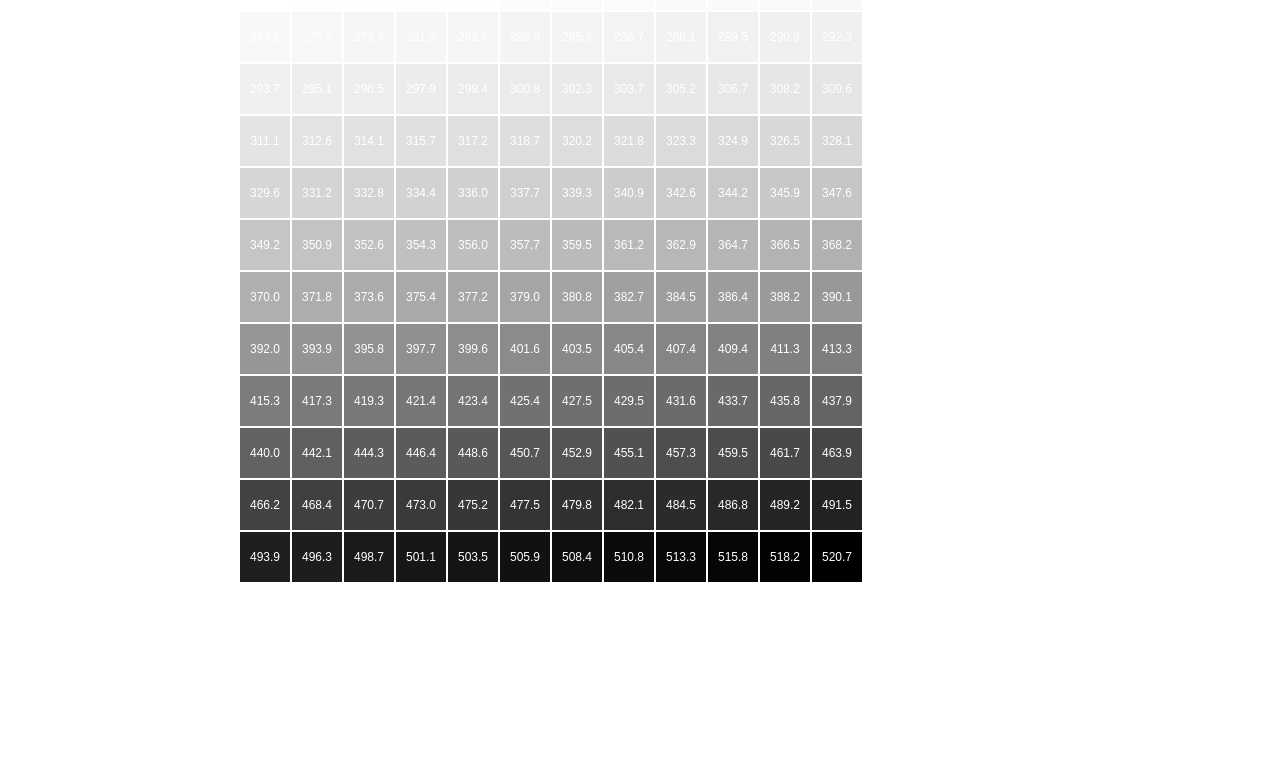
Repository: studiorichie/richielau.com
Page: assets/sound-to-color-microtone.html
An editor plug-in stored every save of this project. The page is shown before and after the next save, followed by the edit.
The browser window is 1280 px wide. The pictures show the whole page.

Above is the page before, as saved 2024-11-06 22:03:31.

### assets/sound-to-color-microtone.html
<!DOCTYPE html>
<html lang="en">

<head>
    <meta charset="UTF-8">
    <title>Microtonal 12x12 Frequency Grid</title>
    <script src="https://d3js.org/d3.v6.min.js"></script>
    <style>
        body,
        html {
            margin: 0;
            padding: 0;
            display: flex;
            justify-content: center;
            align-items: center;
            height: 100vh;
            font-family: Arial, sans-serif;
        }

        .frequency-cell {
            cursor: pointer;
            transition: filter 0.2s;
        }

        .frequency-cell:hover {
            filter: brightness(1.2);
        }

        .label {
            font-size: 10px;
            text-anchor: middle;
            fill: white;
            font-size: 12px;
            text-anchor: middle;
            user-select: none;
            /* Prevents text selection */
            pointer-events: none;
            /* Makes labels non-interactive to clicks */
        }
    </style>
</head>

<body>
    <svg width="800" height="800" id="grid"></svg>

    <script>
        // Base frequency for C4
        const baseFreq = 261.63; // Frequency of C4 in Hz
        const stepsPerOctave = 144; // Microtonal steps per octave
        const factor = Math.pow(2, 1 / stepsPerOctave); // Factor for each step

        // Grid dimensions
        const rows = 12;
        const cols = 12;
        const cellSize = 50; // Size of each cell
        const padding = 2; // Space between cells

        // Create an array to hold all frequencies
        const frequencies = [];
        for (let i = 0; i < rows * cols; i++) {
            const frequency = baseFreq * Math.pow(factor, i); // Calculate frequency
            frequencies.push(frequency);
        }

        // Define color scale based on frequency range
        const colorScale = d3.scaleSequential()
            .domain([frequencies[0], frequencies[frequencies.length - 1]])
            .interpolator(d3.interpolateGreys); // Use a grayscale color map for brightness

        // Create SVG grid
        const svg = d3.select("#grid");

        // Add cells to the grid
        svg.selectAll(".frequency-cell")
            .data(frequencies)
            .enter()
            .append("rect")
            .attr("class", "frequency-cell")
            .attr("x", (d, i) => (i % cols) * (cellSize + padding))
            .attr("y", (d, i) => Math.floor(i / cols) * (cellSize + padding))
            .attr("width", cellSize)
            .attr("height", cellSize)
            .attr("fill", d => colorScale(d))
            .on("click", function (event, freq) {
                playTone(freq); // Play the tone on click
            });

        // Add frequency labels to each cell
        svg.selectAll(".label")
            .data(frequencies)
            .enter()
            .append("text")
            .attr("class", "label")
            .attr("x", (d, i) => (i % cols) * (cellSize + padding) + cellSize / 2)
            .attr("y", (d, i) => Math.floor(i / cols) * (cellSize + padding) + cellSize / 2 + 4)
            .text(d => d.toFixed(1)) // Round frequency for readability
            .attr("fill", d => d > 400 ? "black" : "white"); // Adjust text color based on brightness

        // Function to play the tone for a given frequency
        function playTone(frequency) {
            const context = new (window.AudioContext || window.webkitAudioContext)();
            const oscillator = context.createOscillator();
            const gainNode = context.createGain();

            oscillator.type = "sine";
            oscillator.frequency.setValueAtTime(frequency, context.currentTime);
            gainNode.gain.setValueAtTime(0.1, context.currentTime);

            oscillator.connect(gainNode).connect(context.destination);
            oscillator.start();
            oscillator.stop(context.currentTime + 0.5); // Play for half a second
        }
    </script>
</body>

</html>

After the next save:
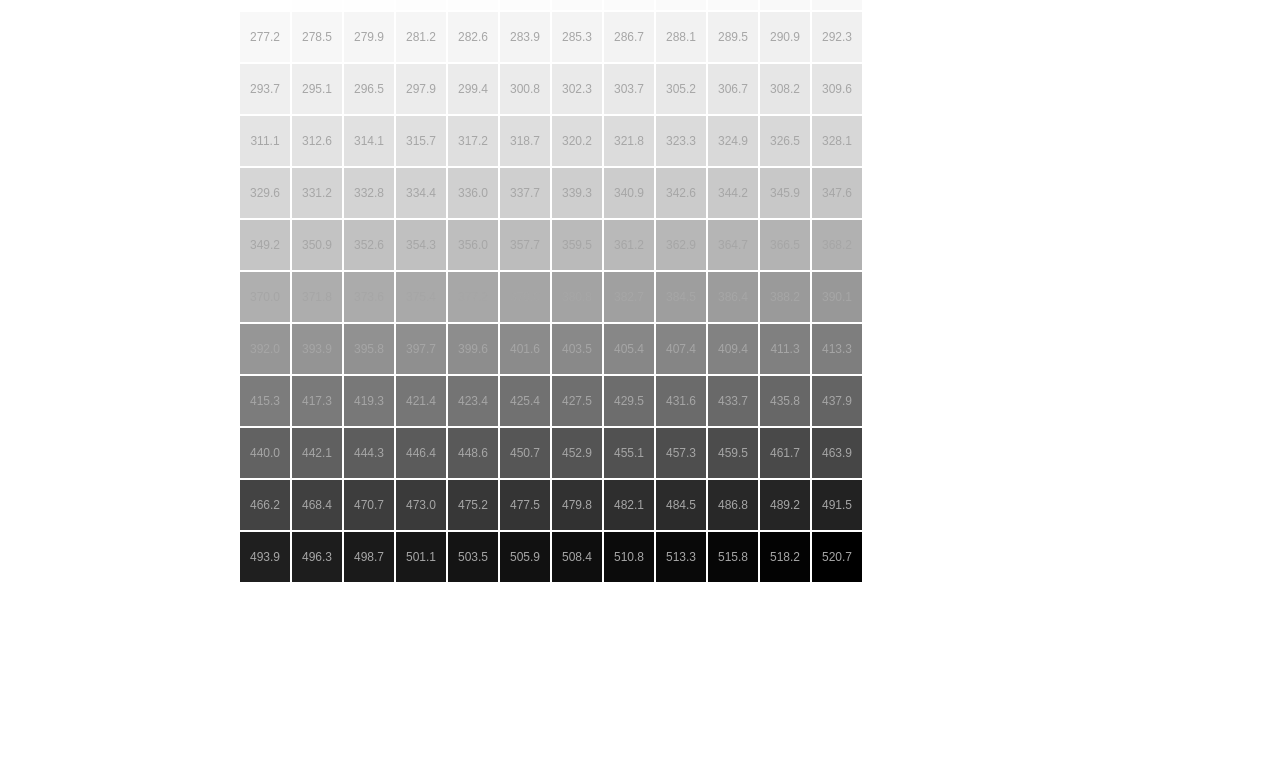
Saved 37 s later.
--- a/assets/sound-to-color-microtone.html
+++ b/assets/sound-to-color-microtone.html
@@ -27,9 +27,7 @@
         }
 
         .label {
-            font-size: 10px;
-            text-anchor: middle;
-            fill: white;
+            fill: rgb(166, 166, 166);
             font-size: 12px;
             text-anchor: middle;
             user-select: none;
